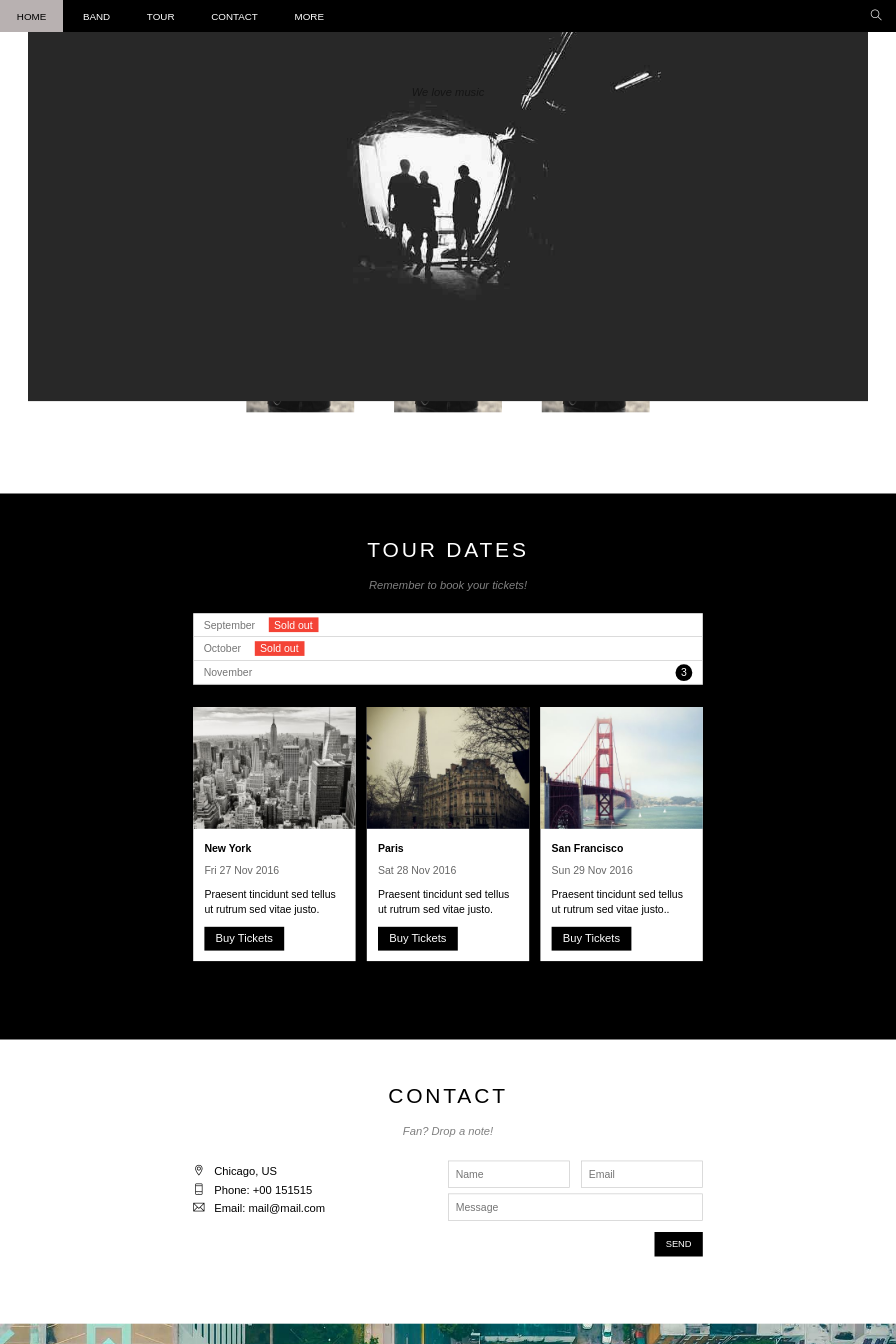
Repository: phamquy01/the-band
Page: index.html
The author's editor kept a copy of each file at every save. The page is drawn from the files as they stood at one save, then again after the next save.
The browser window is 1280 px wide. The pictures show the part of the page from y = 0 to 1920 px (the page is 2818 px tall before and 3613 px after), at 70% of full size.

Above is the page before, as saved 2022-04-21 14:41:15.

### index.html
<!DOCTYPE html>
<html lang="en">
  <head>
    <meta charset="UTF-8" />
    <meta name="viewport" content="width=device-width, initial-scale=1.0" />
    <title>The Band</title>
    <link
      rel="icon"
      href="https://fullstack.edu.vn/assets/favicon/apple-icon-114x114.png"
      type="image/x-icon"
    />
    <link rel="stylesheet" href="./assets/css/style.css" />
    <link rel="stylesheet" href="./assets/css/responsive.css" />
    <link rel="stylesheet" href="./assets/js/main.js" />
    <link
      rel="stylesheet"
      href="./assets/font/themify-icons/themify-icons.css"
    />
  </head>
  <body>
    <div id="main">
      <div id="header">
        <ul class="nav">
          <li><a href="#">Home</a></li>
          <li><a href="#band">Band</a></li>
          <li><a href="#tour">Tour</a></li>
          <li><a href="#contact">Contact</a></li>
          <li>
            <a href="">More</a>
            <ul id="subnav">
              <li><a href="#">Merchandise</a></li>
              <li><a href="#">Extras</a></li>
              <li><a href="#">Media</a></li>
            </ul>
          </li>
        </ul>
        <div class="search-btn">
          <i class="search-icon ti-search"></i>
        </div>
        <div id="mobile-menu" class="menu-btn">
          <i class="menu-icon ti-menu"></i>
        </div>
      </div>
      <div id="slider">
        <div class="text-content">
          <img src="./assets/img/slider1/la.jpg" alt="anh" />
          <div class="text-heading">Los Angeles</div>
          <p class="text-description">
            We had the best time playing at Venice Beach!
          </p>
        </div>
      </div>
      <div id="content">
        <div id="band" class="content1">
          <div class="container1">
            <p class="text1">The Band</p>
            <p class="text2">We love music</p>
            <p class="text3">
              We have created a fictional band website. Lorem ipsum dolor sit
              amet, consectetur adipiscing elit, sed do eiusmod tempor
              incididunt ut labore et dolore magna aliqua. Ut enim ad minim
              veniam, quis nostrud exercitation ullamco laboris nisi ut aliquip
              ex ea commodo consequat. Duis aute irure dolor in reprehenderit in
              voluptate velit esse cillum dolore eu fugiat nulla pariatur.
              Excepteur sint occaecat cupidatat non proident, sunt in culpa qui
              officia deserunt mollit anim id est laborum consectetur adipiscing
              elit, sed do eiusmod tempor incididunt ut labore et dolore magna
              aliqua. Ut enim ad minim veniam, quis nostrud exercitation ullamco
              laboris nisi ut aliquip ex ea commodo consequat.
            </p>
            <div class="row-third team-list">
              <div class="member">
                <div class="text-name">Name</div>
                <img src="./assets/img/slider1/bandmember.jpg" class="anh1" />
              </div>
              <div class="member">
                <div class="text-name">Name</div>
                <img src="./assets/img/slider1/bandmember.jpg" class="anh1" />
              </div>
              <div class="member">
                <div class="text-name">Name</div>
                <img src="./assets/img/slider1/bandmember.jpg" class="anh1" />
              </div>
            </div>
          </div>
        </div>
        <div id="tour" class="content2">
          <div class="container1">
            <p class="text1 text-white">TOUR DATES</p>
            <p class="text2 text-white">Remember to book your tickets!</p>
            <div class="tour-buy">
              <p class="September text-sliver">
                September <span class="Sold-out">Sold out</span>
              </p>
              <p class="October text-sliver">
                October <span class="Sold-out">Sold out</span>
              </p>
              <p class="November text-sliver">
                November <span class="number3 text-white">3</span>
              </p>
            </div>
            <div class="row row-third tour-list">
              <div class="col tour1">
                <img src="./assets/img/slider1/newyork.jpg" class="tour-img" />
                <div class="tour-member">
                  <p class="address">New York</p>
                  <p class="date">Fri 27 Nov 2016</p>
                  <p class="note">
                    Praesent tincidunt sed tellus ut rutrum sed vitae justo.
                  </p>
                  <a class="button">Buy Tickets</a>
                </div>
              </div>
              <div class="col tour1">
                <img src="./assets/img/slider1/paris.jpg" class="tour-img" />
                <div class="tour-member">
                  <p class="address">Paris</p>
                  <p class="date">Sat 28 Nov 2016</p>
                  <p class="note">
                    Praesent tincidunt sed tellus ut rutrum sed vitae justo.
                  </p>
                  <a class="button">Buy Tickets</a>
                </div>
              </div>
              <div class="col tour1">
                <img src="./assets/img/slider1/sanfran.jpg" class="tour-img" />
                <div class="tour-member">
                  <p class="address">San Francisco</p>
                  <p class="date">Sun 29 Nov 2016</p>
                  <p class="note">
                    Praesent tincidunt sed tellus ut rutrum sed vitae justo..
                  </p>
                  <a class="button">Buy Tickets</a>
                </div>
              </div>
            </div>
          </div>
        </div>
        <div id="contact" class="content1">
          <div class="container1">
            <p class="text1">CONTACT</p>
            <p class="text2">Fan? Drop a note!</p>
            <div class="row-third box1">
              <div class="col-half info">
                <p><i class="ti-location-pin"></i>Chicago, US</p>
                <p><i class="ti-mobile"></i>Phone: +00 151515</p>
                <p><i class="ti-email"></i>Email: mail@mail.com</p>
              </div>
              <div class="col-half">
                <form action="">
                  <div class="form">
                    <div class="row row-third form1">
                      <input
                        type="text"
                        name="Name"
                        placeholder="Name"
                        id="Name"
                        class="col form-input"
                        required
                      />
                      <input
                        type="email"
                        name=""
                        placeholder="Email"
                        required
                        id=""
                        class="col form-input"
                      />
                    </div>
                    <div class="form1">
                      <input
                        type="text"
                        name=""
                        placeholder="Message"
                        id=""
                        class="form-input"
                      />
                    </div>
                    <div class="form1">
                      <input type="submit" value="SEND" class="form-input1" />
                    </div>
                  </div>
                </form>
              </div>
            </div>
          </div>
        </div>
        <div class="map">
          <img src="./assets/img/slider1/map.jpg" alt="" class="map-img" />
        </div>
      </div>
      <div id="footer">
        <div class="icon-footer">
          <a href=""><i class="ti-facebook"></i></a>
          <a href=""><i class="ti-instagram"></i></a>
          <a href=""><i class="ti-skype"></i></a>
          <a href=""><i class="ti-pinterest"></i></a>
          <a href=""><i class="ti-twitter-alt"></i></a>
          <a href=""><i class="ti-linkedin"></i></a>
        </div>
        <p class="text-footer">Powered by <a href="">w3.css</a></p>
      </div>
    </div>
    <script>
      var header = document.getElementById("header");
      var mobileMenu = document.getElementById("mobile-menu");
      var headerHeight = header.clientHeight;

      mobileMenu.onclick = function () {
        var isClosed = header.clientHeight === headerHeight;
        if (isClosed) {
          header.style.height = "auto";
        } else {
          header.style.height = null;
        }
      };
    </script>
  </body>
</html>

### assets/css/style.css
* {
  padding: 0;
  margin: 0;
  box-sizing: border-box;
}
/*common*/

html {
  scroll-behavior: smooth;
  font-family: Arial, Helvetica, sans-serif;
}

.text-white {
  color: white !important;
}
.row {
  margin-left: -8px;
  margin-right: -8px;
}
.row-third {
  display: flex;
}
.col {
  margin-left: 8px;
  margin-right: 8px;
}
.col-full {
  width: 100%;
  display: inline-block;
}
.col-half {
  width: 50%;
}
#header {
  height: 46px;
  background-color: black;
  display: flex;
  position: fixed;
  left: 0;
  top: 0;
  right: 0;
  z-index: 1;
}
.nav > li {
  display: inline-block;
}
.nav li {
  position: relative;
  list-style: none;
}
.nav #subnav {
  position: absolute;
  display: none;
  left: 0;
  top: 100%;
  box-shadow: 0 0 10px rgba(0, 0, 0, 0.3);
}
.nav #subnav li:hover a {
  color: black;
  background-color: rgb(184, 177, 177);
}
.nav #subnav li a {
  line-height: 38px;
  padding: 0 16px;
  min-width: 150px;
}
.nav > li:hover a {
  color: black;
  background-color: rgb(255, 255, 255);
}
.nav > li:hover > a {
  background-color: rgb(184, 177, 177);
}
.nav > li > a {
  text-transform: uppercase;
}
.nav > li:hover #subnav {
  display: block;
}
.nav a {
  color: white;
  text-decoration: none;
  padding: 0 24px;
  line-height: 46px;
  font-size: 14px;
  display: block;
}
.menu-btn,
.search-btn {
  margin-left: auto;
  line-height: 46px;
  cursor: pointer;
  height: 46px;
}
.menu-icon,
.search-icon {
  color: white;
  margin: 46px 20px;
}
.search-btn:hover {
  background-color: red;
}
/* #slider {
  position: relative;
  margin-top: 46px;
  padding-top: 50%;
  background: url(/assets/img/slider1/la.jpg) no-repeat;
  background-size: cover;
  background-position: top center;
} */
.text-content {
  position: absolute;
  bottom: 0;
  color: white;
  text-align: center;
  /* left: 50%;
    transform: translateX(-50%); */
  width: 100%;
  margin: 48px 0;
}
.text-heading {
  margin: 25px 0;
  font-size: 24px;
  font-weight: 400;
}
.text-description {
  font-size: 15px;
  font-weight: bolder;
  text-shadow: 0 0 1px white;
}
#content {
}
.container1 {
  margin-left: auto;
  margin-right: auto;
  padding: 64px 36px;
  width: 800px;
  max-width: 100%;
}
.text1 {
  font-size: 30px;
  text-transform: uppercase;
  letter-spacing: 4px;
  text-align: center;
}
.text2 {
  text-align: center;
  margin-top: 25px;
  font-style: italic;
  opacity: 0.5;
}
.text3 {
  margin-top: 25px;
  text-align: justify;
  line-height: 1.4;
}
.team-list {
  justify-content: space-around;
  margin: 48px;
}
.text-name {
  font-size: 15px;
  margin-top: 32px;
  text-align: center;
}

.content2 {
  background-color: black;
}
.tour-buy {
  background-color: white;
  font-size: 15px;
  margin: 30px 0;
}
.tour-buy > p {
  padding: 8px 15px;
  border-bottom: 1px solid #ccc;
  color: #757575;
}
.Sold-out {
  background-color: #f44336;
  color: white;
  padding: 2px 8px;
  margin: 0 15px;
}
.number3 {
  background-color: black;
  border-radius: 50%;
  padding: 0 8px;
  float: right;
  width: 24px;
  height: 24px;
  line-height: 24px;
  margin-top: -3px;
}
.tour-list {
  margin-top: 32px;
  margin-bottom: 48px;
}
.tour-img {
  width: 100%;
}
.tour-img:hover {
  opacity: 0.6;
}
.tour-member {
  margin: 15px 16px;
}
.tour-member > p {
  margin: 15px 0;
  font-size: 15px;
}
.tour1 {
  background-color: white;
}
.address {
  font-weight: 600;
}
.date {
  opacity: 0.6;
}
.note {
  line-height: 1.4;
}
.button {
  color: white;
  background-color: black;
  padding: 8px 16px;
  display: inline-block;
}
.button:hover {
  background-color: #ccc;
  color: black;
  cursor: pointer;
}
.box1 {
  margin: 32px 0;
}
.info i[class*="ti-"] {
  width: 30px;
  display: inline-block;
  line-height: 1.7;
}
.form-input {
  border: 1px solid #ccc;
  padding: 10px;
  font-size: 15px;
  width: 100%;
}
.form1 {
  margin-bottom: 8px;
}
.form-input1 {
  border: 1px solid black;
  background-color: black;
  color: white;
  padding: 10px 16px;
  float: right;
  margin-top: 8px;
  border: none;
  cursor: pointer;
}
.form-input1:hover {
  background-color: #ccc;
  color: black;
  outline: none;
}
.map-img {
  width: 100%;
}
#footer {
  padding: 64px 16px;
  text-align: center;
}
.icon-footer a {
  font-size: 24px;
  color: rgba(0, 0, 0, 0.6);
  text-decoration: none;
  margin: 0 4px;
}
#footer > p {
  font-size: 15px;
  margin: 15px 0;
  color: rgba(0, 0, 0, 0.6);
}
#footer .text-footer > a {
  color: rgba(0, 0, 0, 0.6);
}
#footer .text-footer > a:hover,
.icon-footer a:hover {
  color: rgba(0, 0, 0, 0.3);
}

### assets/css/responsive.css
/* PC */
@media (min-width: 64em) {
  .menu-btn {
    display: none;
  }
  .anh1 {
    margin-top: 15px;
    width: 154px;
  }
}

/* tablet */
@media (min-width: 46.25em) and (max-width: 63.9375em) {
  .menu-btn {
    display: none;
  }
  .anh1 {
    margin-top: 15px;
    width: 154px;
  }
  .team-list {
    justify-content: space-between;
  }
  .team-list img {
    margin: 0 auto;
  }
}

/* mobile */
@media (max-width: 46.1875em) {
  #header {
    overflow: hidden;
  }
  .nav > li {
    display: block;
  }
  .search-btn {
    display: none;
  }
  .menu-btn:hover {
    background-color: white;
    overflow: visible;
  }
  .menu-icon:hover {
    color: black;
  }
  .row-third {
    display: block;
  }
  .anh1 {
    margin-top: 15px;
  }
  .tour-member {
    padding: 15px 0px;
  }
  .col-half {
    width: 100%;
    margin-bottom: 8px;
  }
  .form1 {
    width: 100%;
  }
  .container1 {
    display: inline-block;
  }
}

Loaded but not shown: assets/font/themify-icons/themify-icons.css (common file); assets/js/main.js (no stored copy; drawn as an empty file)

After the next save:
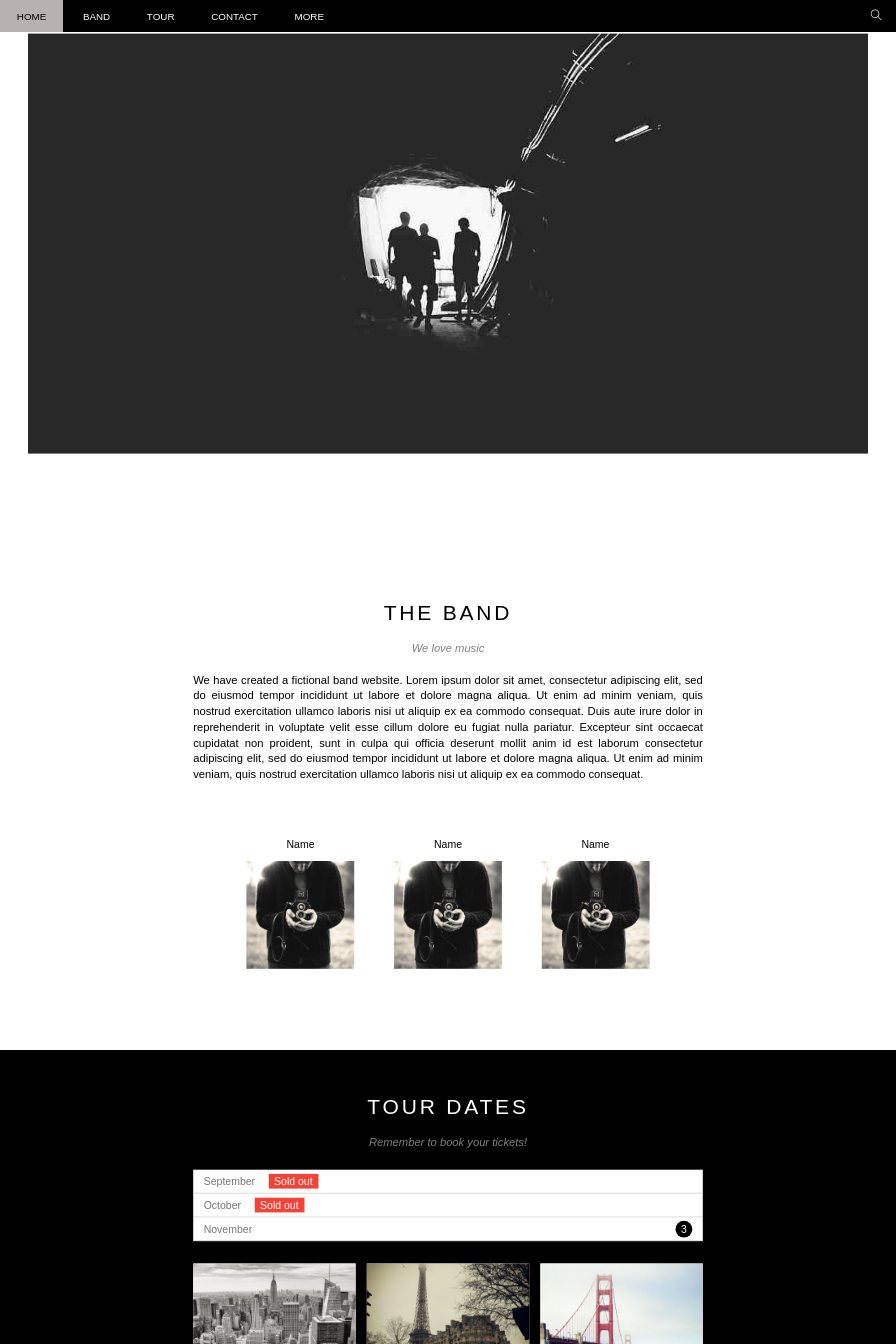
Saved 61 s later.
--- a/assets/css/style.css
+++ b/assets/css/style.css
@@ -109,12 +109,10 @@
   background-position: top center;
 } */
 .text-content {
-  position: absolute;
+  position: relative;
   bottom: 0;
   color: white;
   text-align: center;
-  /* left: 50%;
-    transform: translateX(-50%); */
   width: 100%;
   margin: 48px 0;
 }
